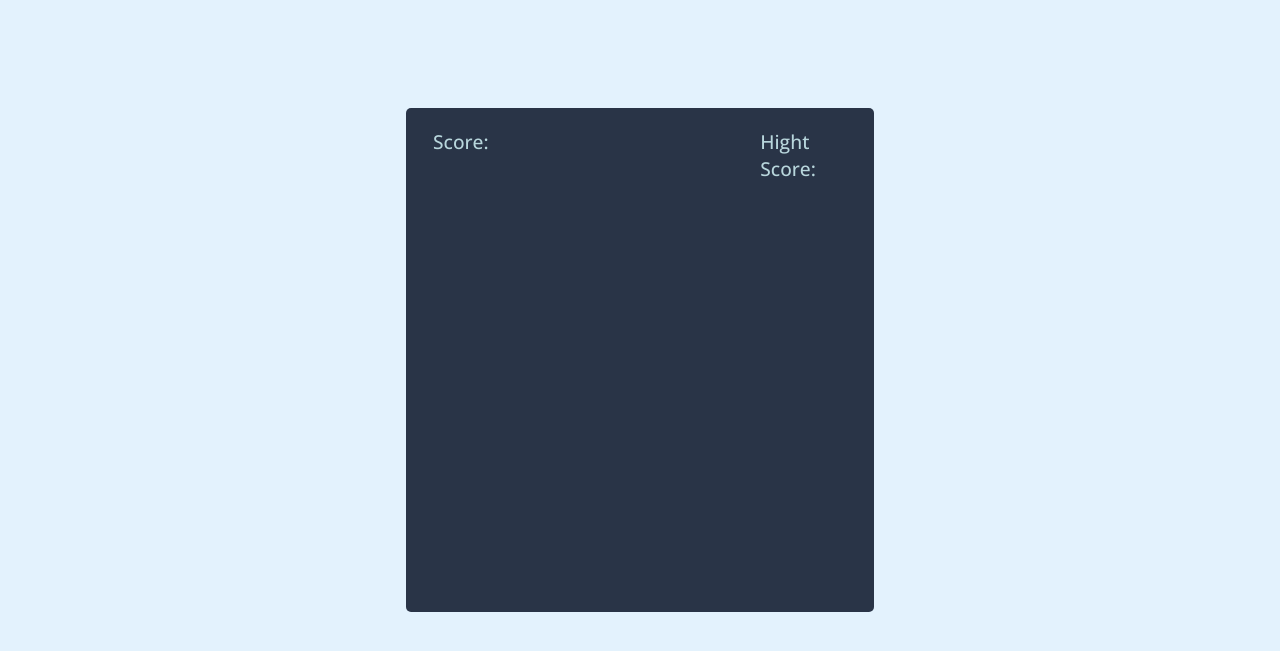
Repository: litaiqiang1407/JS
Page: Snake Game/index.html
An editor plug-in stored every save of this project. The page is shown before and after the next save, followed by the edit.
The browser window is 1280 px wide. The pictures show the whole page.

Above is the page before, as saved 2023-05-16 18:34:17.

### Snake Game/index.html
<!DOCTYPE html>
<html lang="en">
  <head>
    <meta charset="UTF-8" />
    <meta http-equiv="X-UA-Compatible" content="IE=edge" />
    <meta name="viewport" content="width=device-width, initial-scale=1.0" />
    <title>Snake Game</title>
    <link rel="stylesheet" href="style.css" />
  </head>
  <body>
    <div class="wrapper">
      <div class="game-details">
        <span class="score">Score: </span>
        <span class="hight-core">Hight Score: </span>
      </div>
      <div class="play-board"></div>
    </div>
    <script src="./script.js"></script>
  </body>
</html>

### Snake Game/style.css
@import url("https://fonts.googleapis.com/css2?family=Open+Sans:wght@400;500;600;700&display=swap");

* {
  margin: 0;
  padding: 0;
  box-sizing: border-box;
  font-family: "Open Sans", sans-serif;
}

body {
  display: flex;
  justify-content: center;
  align-items: center;
  min-height: 100vh;
  background: #e3f2fd;
}

.wrapper {
  width: 65vmin;
  height: 70vmin;
  border-radius: 5px;
  background: #293447;
}
.game-details {
  color: #b8d6dc;
  font-size: 1.2rem;
  font-weight: 500;
  padding: 20px 27px;
  display: flex;
  justify-content: space-between;
}
.score {
  height: 100%;
  width: 100%;
}
.hight-core {
}
.play-board {
}

Loaded but not shown: Snake Game/script.js (no stored copy; drawn as an empty file)

After the next save:
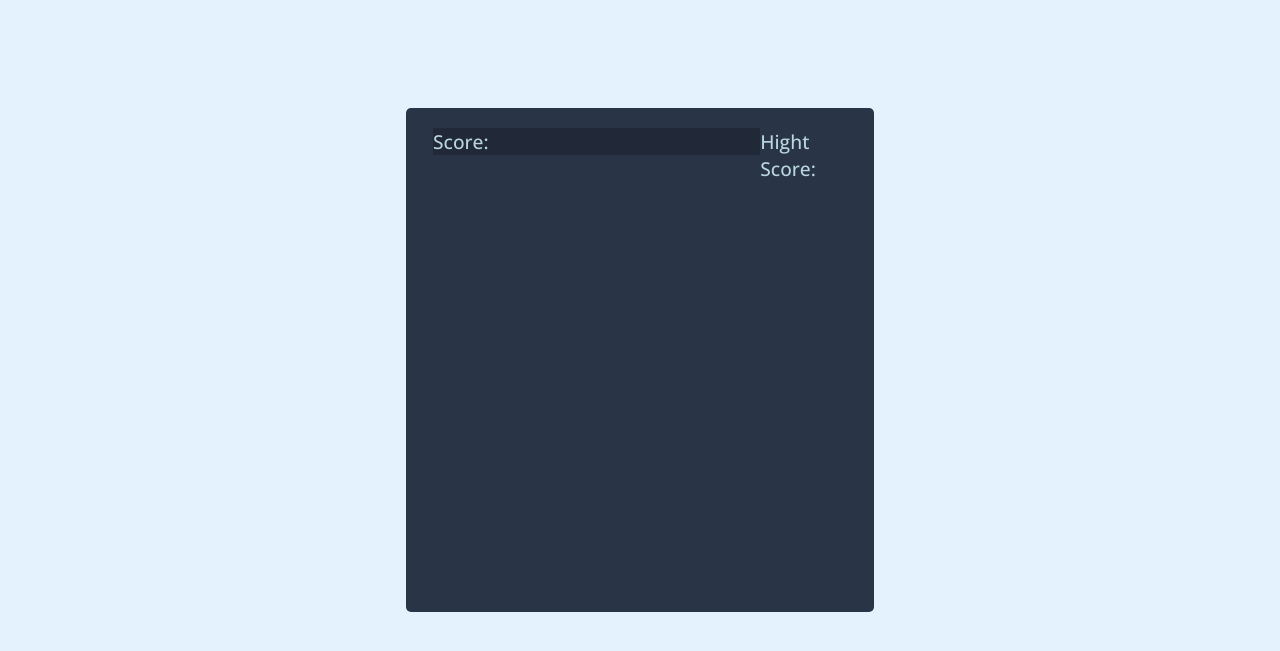
Saved 18 s later.
--- a/Snake Game/style.css
+++ b/Snake Game/style.css
@@ -32,6 +32,7 @@ body {
 .score {
   height: 100%;
   width: 100%;
+  background: #212837;
 }
 .hight-core {
 }
